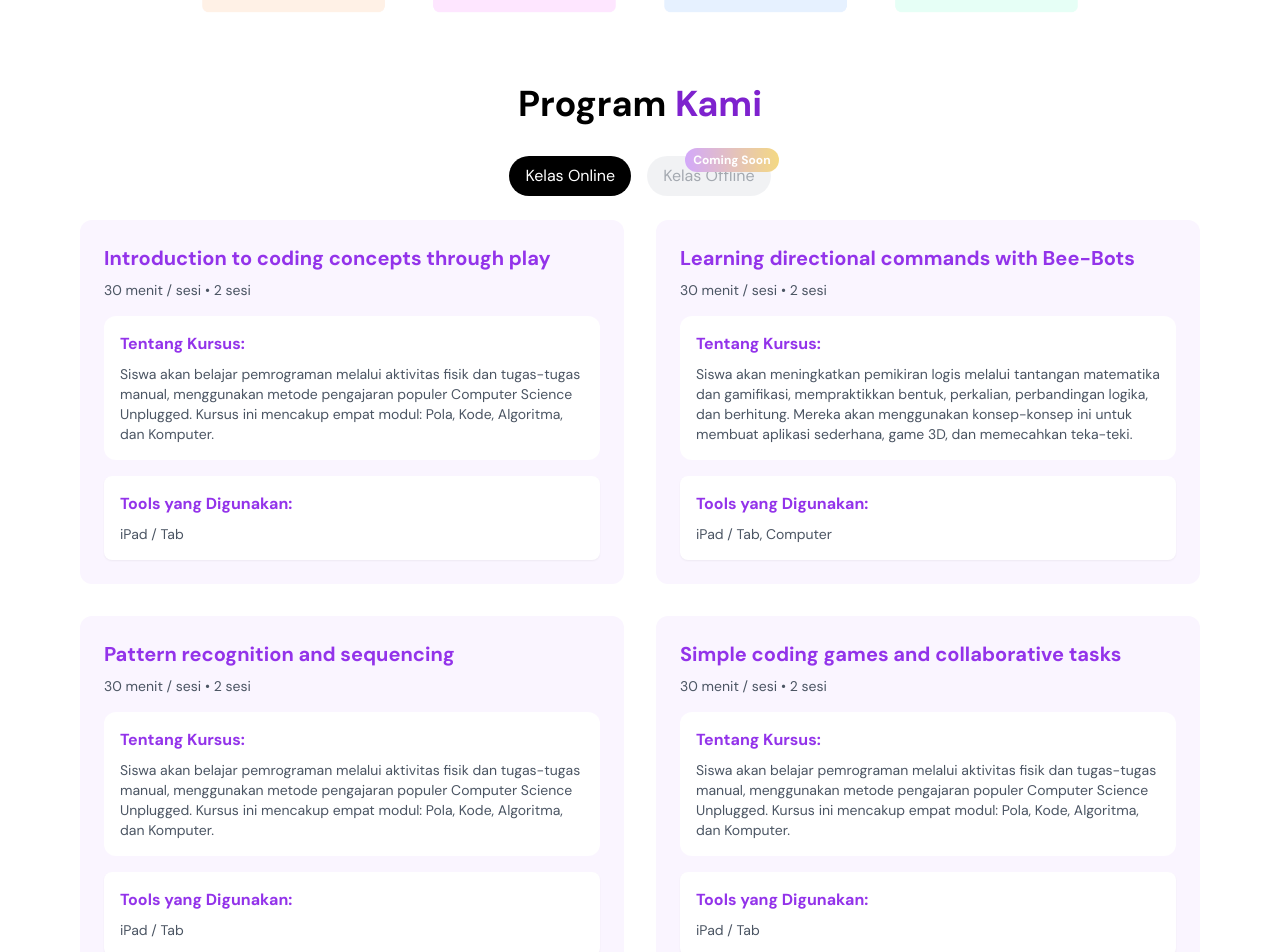
Repository: paskasiregar/ttccomweb
Page: /track/basic-programming
These files come from the project's save history. The page is drawn as it stood at one moment and after the next save; the edit follows.
The browser window is 1280 px wide. The pictures show the part of the page from y = 2031 to 2983 px (the page is 3043 px tall before and 3115 px after).
The project was rebuilt for these pictures with package versions that can differ from the ones it lists, and the page was loaded fresh each time. The framework's server and built-in components were replaced by stand-ins that run in the browser. Also part of the build but not shown: next.config.js, next.config.mjs.

Above is the page before, as saved 2024-11-16 23:31:28.

After the next save:
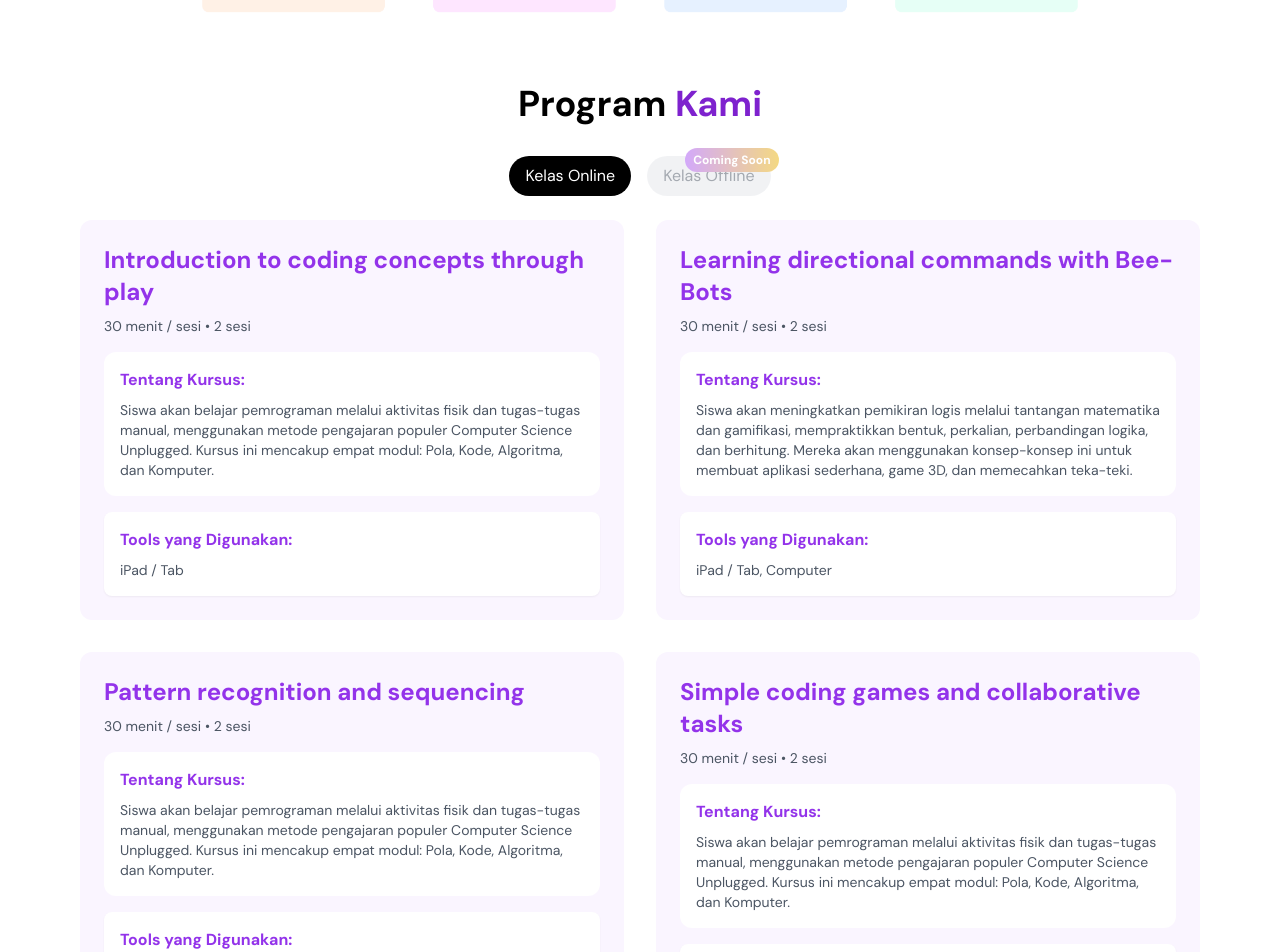
Saved 59 s later.
--- a/src/components/classCard.jsx
+++ b/src/components/classCard.jsx
@@ -5,7 +5,7 @@ function ClassCard({ title, duration, sessions, description, tools }) {
   return (
     <div className="bg-purple-50 rounded-xl p-6">
       {/* Title */}
-      <h3 className="text-xl font-bold text-purple-600 mb-2">{title}</h3>
+      <h3 className="text-2xl font-bold text-purple-600 mb-2">{title}</h3>
 
       {/* Duration and Sessions */}
       <p className="text-gray-600 text-sm mb-4">
